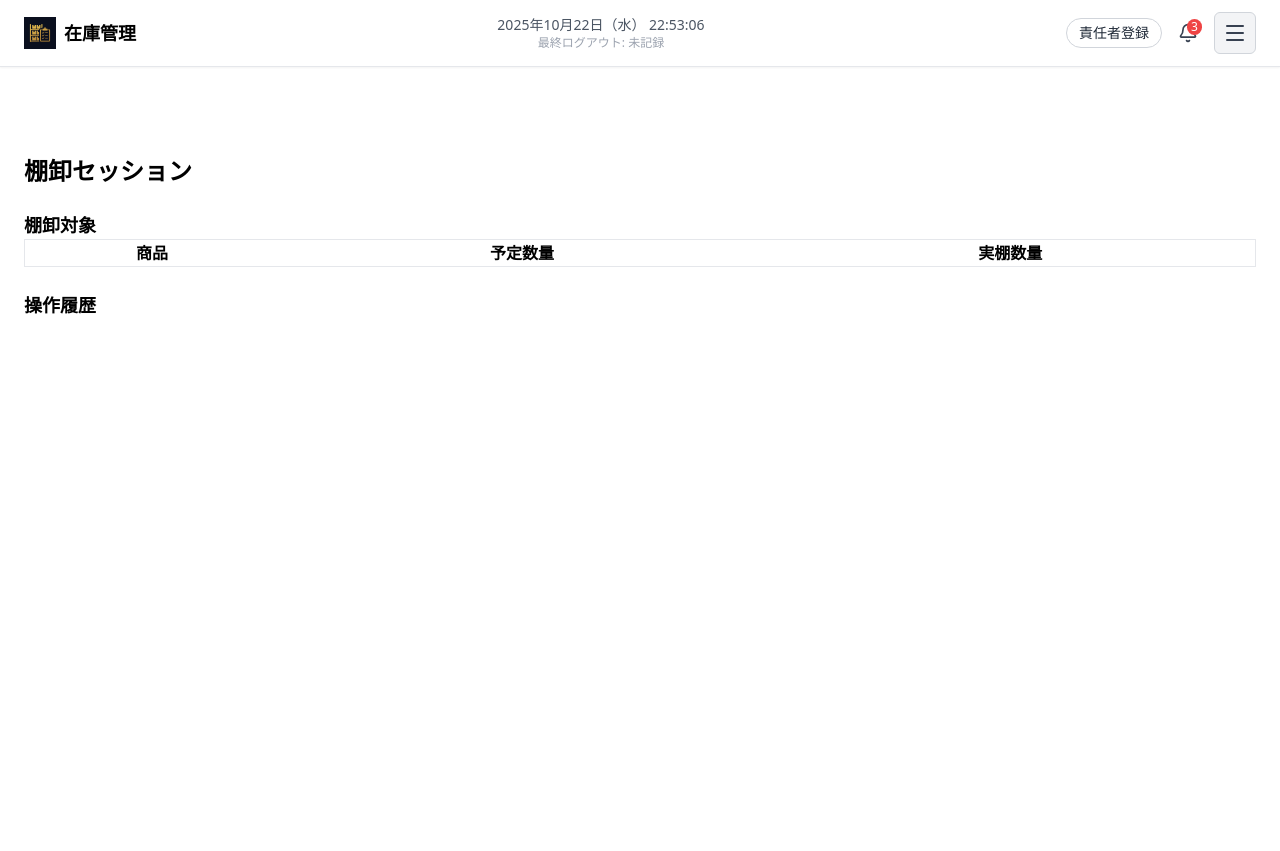
Repository: akauntozonghe-cpu/my-system
Page: /inventory/stocktaking
An editor plug-in stored every save of this project. The page is shown before and after the next save, followed by the edit.
The browser window is 1280 px wide. The pictures show the whole page.
The project was rebuilt for these pictures with package versions that can differ from the ones it lists, and the page was loaded fresh each time. The framework's server and built-in components were replaced by stand-ins that run in the browser. Also part of the build but not shown: next.config.js, next.config.ts.

Above is the page before, as saved 2025-10-25 00:50:18.

### app/layout.tsx
// app/layout.tsx
import "./globals.css";
import Header from "@components/Header";
import { HeaderProvider } from "@context/HeaderContext";
import type { Metadata } from "next";

export const metadata: Metadata = {
  title: "在庫管理システム",
  description: "責任者情報を含む共通レイアウト",
};

export default function RootLayout({ children }: { children: React.ReactNode }) {
  return (
    <html lang="ja">
      <body>
        <HeaderProvider>
          {/* 共通ヘッダー */}
          <Header />

          {/* メインコンテンツ */}
          <main className="pt-16">
            {children}
          </main>
        </HeaderProvider>
      </body>
    </html>
  );
}

### app/(protected)/layout.tsx
// app/(protected)/layout.tsx
"use client";

import { ReactNode } from "react";

export default function ProtectedLayout({ children }: { children: ReactNode }) {
  return (
    <>
      {children}
    </>
  );
}

### app/(protected)/inventory/stocktaking/layout.tsx
export default function Layout({ children }: { children: React.ReactNode }) {
  return (
    <div className="h-screen flex flex-col">
      {children}
    </div>
  );
}

### app/(protected)/inventory/stocktaking/page.tsx
"use client";

import { useEffect, useState } from "react";
import { useParams } from "next/navigation";
import { db } from "@lib/firebase";
import { doc, getDoc, collection, getDocs, query, orderBy } from "firebase/firestore";

type Session = {
  type: "full" | "partial";
  status: string;
  createdAt: string;
};

type Item = {
  id: string;
  name: string;
  expectedQty: number;
  countedQty: number | null;
};

type Journal = {
  id: string;
  action: string;
  userId: string;
  createdAt: string;
};

export default function StocktakingSessionPage() {
  const { sessionId } = useParams<{ sessionId: string }>();
  const [session, setSession] = useState<Session | null>(null);
  const [items, setItems] = useState<Item[]>([]);
  const [journal, setJournal] = useState<Journal[]>([]);

  useEffect(() => {
    if (!sessionId) return;

    const load = async () => {
      // セッション情報
      const sessionSnap = await getDoc(doc(db, "stocktakingSessions", sessionId));
      if (sessionSnap.exists()) {
        setSession(sessionSnap.data() as Session);
      }

      // アイテム一覧
      const itemsSnap = await getDocs(
        collection(db, "stocktakingSessions", sessionId, "items")
      );
      setItems(itemsSnap.docs.map(d => ({ id: d.id, ...d.data() } as Item)));

      // ジャーナル
      const journalSnap = await getDocs(
        query(
          collection(db, "stocktakingSessions", sessionId, "journal"),
          orderBy("createdAt", "asc")
        )
      );
      setJournal(journalSnap.docs.map(d => ({ id: d.id, ...d.data() } as Journal)));
    };

    load();
  }, [sessionId]);

  return (
    <div className="p-6 space-y-6">
      <h1 className="text-2xl font-bold">棚卸セッション {sessionId}</h1>

      {session && (
        <div className="p-4 border rounded">
          <p>種別: {session.type === "full" ? "一斉棚卸" : "部分棚卸"}</p>
          <p>状態: {session.status}</p>
          <p>開始日時: {new Date(session.createdAt).toLocaleString("ja-JP")}</p>
        </div>
      )}

      <div>
        <h2 className="text-lg font-semibold">棚卸対象</h2>
        <table className="w-full border">
          <thead>
            <tr>
              <th>商品</th>
              <th>予定数量</th>
              <th>実棚数量</th>
            </tr>
          </thead>
          <tbody>
            {items.map(item => (
              <tr key={item.id}>
                <td>{item.name}</td>
                <td>{item.expectedQty}</td>
                <td>{item.countedQty ?? "-"}</td>
              </tr>
            ))}
          </tbody>
        </table>
      </div>

      <div>
        <h2 className="text-lg font-semibold">操作履歴</h2>
        <ul className="list-disc pl-6">
          {journal.map(j => (
            <li key={j.id}>
              {j.createdAt} - {j.userId} が {j.action}
            </li>
          ))}
        </ul>
      </div>
    </div>
  );
}

### app/globals.css
@tailwind base;
@tailwind components;
@tailwind utilities;

/* =========================
   季節ごとの背景
   ========================= */
.season-spring { background: linear-gradient(180deg, #fdecef 0%, #f8f3e9 100%); }
.season-summer { background: linear-gradient(180deg, #eaf7ff 0%, #e6f2fb 100%); }
.season-autumn { background: linear-gradient(180deg, #fff3e6 0%, #f7ead8 100%); }
.season-winter { background: linear-gradient(180deg, #eef4fb 0%, #e9f0f8 100%); }

/* =========================
   カード（和紙×金縁）
   ========================= */
.ui-card {
  @apply relative bg-white/95 rounded-lg shadow-lg p-12 max-w-md w-[92%] border;
  border-color: #c5a64a;
  backdrop-filter: blur(6px);
}

/* =========================
   タイトル＋ver
   ========================= */
.title { @apply text-3xl font-serif font-bold tracking-widest text-gray-900 mb-4; }
.ver   { @apply ml-2 text-sm text-gray-500 align-top; }

/* =========================
   サブコピー
   ========================= */
.subtitle    { @apply text-lg text-gray-800 mb-1; }
.lead        { @apply text-base text-gray-700 mb-2; }
.season-copy { @apply text-sm text-gray-500 mb-8; }

/* =========================
   CTA ボタン（藍×金縁）
   ========================= */
.cta {
  @apply inline-block px-8 py-3 rounded-lg text-white font-medium text-lg shadow-md transition;
  background: linear-gradient(90deg, #1e3a8a, #3c4b9a);
  border: 1px solid #c5a64a;
}
.cta:hover {
  box-shadow: 0 10px 24px rgba(60, 75, 154, 0.35),
              0 0 0 2px rgba(197,166,74,0.35) inset;
  transform: translateY(-1px) scale(1.02);
}

/* =========================
   季節ごとの粒子アニメーション
   ========================= */

/* 春：桜の花びら */
.season-spring .particles {
  background-image:
    radial-gradient(rgba(255,182,193,0.7) 2px, transparent 2px),
    radial-gradient(rgba(197,166,74,0.4) 1px, transparent 1px);
  background-size: 120px 120px, 200px 200px;
  animation: float-spring 20s linear infinite;
}
@keyframes float-spring {
  from { background-position: 0 0, 50px 50px; }
  to   { background-position: 0 600px, 50px 650px; }
}

/* 夏：水しぶきや光の粒 */
.season-summer .particles {
  background-image:
    radial-gradient(rgba(2,136,209,0.6) 2px, transparent 2px),
    radial-gradient(rgba(255,255,255,0.4) 1px, transparent 1px);
  background-size: 100px 100px, 180px 180px;
  animation: float-summer 18s linear infinite;
}
@keyframes float-summer {
  from { background-position: 0 0, 80px 80px; }
  to   { background-position: 0 500px, 80px 580px; }
}

/* 秋：紅葉 */
.season-autumn .particles {
  background-image:
    radial-gradient(rgba(239,108,0,0.7) 2px, transparent 2px),
    radial-gradient(rgba(197,166,74,0.5) 1px, transparent 1px);
  background-size: 110px 110px, 190px 190px;
  animation: float-autumn 22s linear infinite;
}
@keyframes float-autumn {
  from { background-position: 0 0, 60px 60px; }
  to   { background-position: 0 650px, 60px 710px; }
}

/* 冬：雪の結晶 */
.season-winter .particles {
  background-image:
    radial-gradient(rgba(255,255,255,0.8) 2px, transparent 2px),
    radial-gradient(rgba(197,166,74,0.3) 1px, transparent 1px);
  background-size: 90px 90px, 160px 160px;
  animation: float-winter 25s linear infinite;
}
@keyframes float-winter {
  from { background-position: 0 0, 40px 40px; }
  to   { background-position: 0 700px, 40px 760px; }
}

### src/context/HeaderContext.tsx
"use client";
import { createContext, useContext, useState, useEffect, ReactNode } from "react";

type HeaderState = {
  userId?: string;
  role?: "admin" | "manager" | "user";  // ← 3種類に統一
  userName?: string;
  expiresAt?: number;
};

type HeaderContextType = HeaderState & {
  setHeaderInfo: (info: Partial<HeaderState>) => void;
  clearHeaderInfo: () => void;
};

const HeaderContext = createContext<HeaderContextType | null>(null);

export function HeaderProvider({ children }: { children: ReactNode }) {
  const [userId, setUserId] = useState("");
  const [role, setRole] = useState<"admin" | "manager" | "user" | undefined>(undefined);
  const [userName, setUserName] = useState("");
  const [expiresAt, setExpiresAt] = useState(0);

  // --- セッション時間（管理者が定める値、ここでは30分） ---
  const sessionDuration = 30 * 60 * 1000;

  const setHeaderInfo = (info: Partial<HeaderState>) => {
    if (info.userId !== undefined) {
      setUserId(info.userId);
      localStorage.setItem("uid", info.userId);
    }
    if (info.role !== undefined) {
      setRole(info.role);
      localStorage.setItem("role", info.role);
    }
    if (info.userName !== undefined) {
      setUserName(info.userName);
      localStorage.setItem("userName", info.userName);
    }
    if (info.expiresAt !== undefined) {
      setExpiresAt(info.expiresAt);
      localStorage.setItem("expiresAt", String(info.expiresAt));
    }
  };

  const clearHeaderInfo = () => {
    setUserId("");
    setRole("user");
    setUserName("");
    setExpiresAt(0);
    localStorage.clear();
  };

  // --- 初期化時に localStorage から復元 ---
  useEffect(() => {
    const storedUid = localStorage.getItem("uid");
    const storedRole = localStorage.getItem("role");
    const storedName = localStorage.getItem("userName");
    const storedExpires = localStorage.getItem("expiresAt");

    if (storedUid && storedRole && storedName && storedExpires) {
      if (Date.now() < Number(storedExpires)) {
        setUserId(storedUid);
        setRole(storedRole as "user" | "manager");
        setUserName(storedName);
        setExpiresAt(Number(storedExpires));
      } else {
        clearHeaderInfo(); // 有効期限切れならログアウト
      }
    }
  }, []);

  // --- 定期的に有効期限をチェック ---
  useEffect(() => {
    const timer = setInterval(() => {
      if (expiresAt && Date.now() > expiresAt) {
        clearHeaderInfo();
      }
    }, 60 * 1000); // 1分ごとにチェック
    return () => clearInterval(timer);
  }, [expiresAt]);

  // --- 無操作タイマー（クリックやキー入力で延長） ---
  useEffect(() => {
    const resetTimer = () => {
      if (userId) {
        const newExpires = Date.now() + sessionDuration;
        setHeaderInfo({ expiresAt: newExpires });
      }
    };
    window.addEventListener("click", resetTimer);
    window.addEventListener("keydown", resetTimer);
    return () => {
      window.removeEventListener("click", resetTimer);
      window.removeEventListener("keydown", resetTimer);
    };
  }, [userId, sessionDuration]);

  return (
    <HeaderContext.Provider
      value={{ userId, role, userName, expiresAt, setHeaderInfo, clearHeaderInfo }}
    >
      {children}
    </HeaderContext.Provider>
  );
}

export function useHeader() {
  const ctx = useContext(HeaderContext);
  if (!ctx) throw new Error("useHeader must be used within HeaderProvider");
  return ctx;
}

### src/lib/firebase.ts
import { initializeApp, getApps, getApp } from "firebase/app";
import { getFirestore } from "firebase/firestore";

const firebaseConfig = {
  apiKey: "AIzaSyAh4NelYVsR40H0s2dWWAiLYa6Tisjb24U",
  authDomain: "my-system-1cb39.firebaseapp.com",
  projectId: "my-system-1cb39",
  storageBucket: "my-system-1cb39.firebasestorage.app",
  messagingSenderId: "761518014871",
  appId: "1:761518014871:web:1d8fb270e92ceb487b44d2",
  measurementId: "G-PGDGT35PTM"
};

// すでに初期化済みならそれを使う
const app = !getApps().length ? initializeApp(firebaseConfig) : getApp();
const db = getFirestore(app);

export { app, db };

### src/lib/logging.ts
// lib/logging.ts
import { db } from "src/lib/firebase";
import { collection, addDoc, serverTimestamp } from "firebase/firestore";

export const logAction = async (
  uid: string | null,
  userName: string,
  role: string | null,
  action: string,
  details: any = {}
) => {
  try {
    await addDoc(collection(db, "auditLogs"), {
      uid: uid || "unknown",
      userName,
      role: role || "guest",
      action,
      details,
      timestamp: serverTimestamp(),
    });
  } catch (err) {
    console.error("監査ログ記録に失敗しました", err);
  }
};

Loaded but not shown: tailwind.config.js (46 lines, source omitted); components/Header.tsx (314 lines, source omitted)

After the next save:
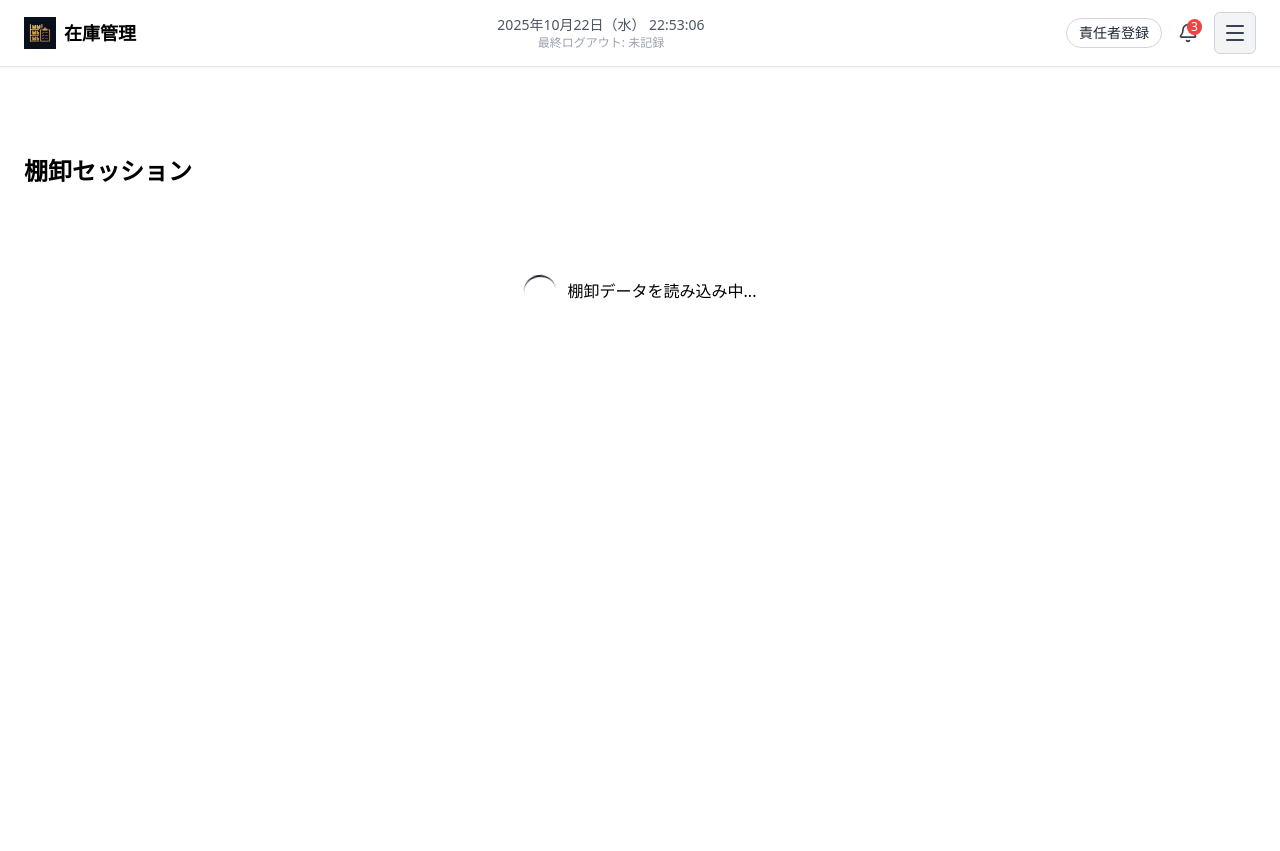
Saved 1 s later.
--- a/app/(protected)/inventory/stocktaking/page.tsx
+++ b/app/(protected)/inventory/stocktaking/page.tsx
@@ -3,10 +3,18 @@
 import { useEffect, useState } from "react";
 import { useParams } from "next/navigation";
 import { db } from "@lib/firebase";
-import { doc, getDoc, collection, getDocs, query, orderBy } from "firebase/firestore";
+import {
+  doc,
+  getDoc,
+  collection,
+  getDocs,
+  query,
+  orderBy,
+  addDoc,
+} from "firebase/firestore";
 
 type Session = {
-  type: "full" | "partial";
+  type: "full" | "partial" | "import";
   status: string;
   createdAt: string;
 };
@@ -30,31 +38,44 @@ export default function StocktakingSessionPage() {
   const [session, setSession] = useState<Session | null>(null);
   const [items, setItems] = useState<Item[]>([]);
   const [journal, setJournal] = useState<Journal[]>([]);
+  const [loading, setLoading] = useState(true);
 
   useEffect(() => {
     if (!sessionId) return;
 
     const load = async () => {
-      // セッション情報
-      const sessionSnap = await getDoc(doc(db, "stocktakingSessions", sessionId));
-      if (sessionSnap.exists()) {
-        setSession(sessionSnap.data() as Session);
+      setLoading(true);
+      try {
+        // セッション情報
+        const sessionSnap = await getDoc(doc(db, "stocktakingSessions", sessionId));
+        if (sessionSnap.exists()) {
+          setSession(sessionSnap.data() as Session);
+        }
+
+        // アイテム一覧
+        const itemsSnap = await getDocs(
+          collection(db, "stocktakingSessions", sessionId, "items")
+        );
+        setItems(itemsSnap.docs.map((d) => ({ id: d.id, ...d.data() } as Item)));
+
+        // ジャーナル
+        const journalSnap = await getDocs(
+          query(
+            collection(db, "stocktakingSessions", sessionId, "journal"),
+            orderBy("createdAt", "asc")
+          )
+        );
+        setJournal(journalSnap.docs.map((d) => ({ id: d.id, ...d.data() } as Journal)));
+
+        // 再開操作をジャーナルに記録
+        await addDoc(collection(db, "stocktakingSessions", sessionId, "journal"), {
+          action: "resume",
+          userId: "currentUser", // TODO: 実際のログインユーザーIDに置き換え
+          createdAt: new Date().toISOString(),
+        });
+      } finally {
+        setLoading(false);
       }
-
-      // アイテム一覧
-      const itemsSnap = await getDocs(
-        collection(db, "stocktakingSessions", sessionId, "items")
-      );
-      setItems(itemsSnap.docs.map(d => ({ id: d.id, ...d.data() } as Item)));
-
-      // ジャーナル
-      const journalSnap = await getDocs(
-        query(
-          collection(db, "stocktakingSessions", sessionId, "journal"),
-          orderBy("createdAt", "asc")
-        )
-      );
-      setJournal(journalSnap.docs.map(d => ({ id: d.id, ...d.data() } as Journal)));
     };
 
     load();
@@ -64,46 +85,55 @@ export default function StocktakingSessionPage() {
     <div className="p-6 space-y-6">
       <h1 className="text-2xl font-bold">棚卸セッション {sessionId}</h1>
 
-      {session && (
-        <div className="p-4 border rounded">
-          <p>種別: {session.type === "full" ? "一斉棚卸" : "部分棚卸"}</p>
-          <p>状態: {session.status}</p>
-          <p>開始日時: {new Date(session.createdAt).toLocaleString("ja-JP")}</p>
+      {loading ? (
+        <div className="flex justify-center items-center h-40">
+          <span className="animate-spin rounded-full h-8 w-8 border-b-2 border-gray-900"></span>
+          <span className="ml-3">棚卸データを読み込み中...</span>
         </div>
+      ) : (
+        <>
+          {session && (
+            <div className="p-4 border rounded">
+              <p>種別: {session.type === "full" ? "一斉棚卸" : session.type === "partial" ? "部分棚卸" : "読込棚卸"}</p>
+              <p>状態: {session.status}</p>
+              <p>開始日時: {new Date(session.createdAt).toLocaleString("ja-JP")}</p>
+            </div>
+          )}
+
+          <div>
+            <h2 className="text-lg font-semibold">棚卸対象</h2>
+            <table className="w-full border">
+              <thead>
+                <tr>
+                  <th>商品</th>
+                  <th>予定数量</th>
+                  <th>実棚数量</th>
+                </tr>
+              </thead>
+              <tbody>
+                {items.map((item) => (
+                  <tr key={item.id}>
+                    <td>{item.name}</td>
+                    <td>{item.expectedQty}</td>
+                    <td>{item.countedQty ?? "-"}</td>
+                  </tr>
+                ))}
+              </tbody>
+            </table>
+          </div>
+
+          <div>
+            <h2 className="text-lg font-semibold">操作履歴</h2>
+            <ul className="list-disc pl-6">
+              {journal.map((j) => (
+                <li key={j.id}>
+                  {new Date(j.createdAt).toLocaleString("ja-JP")} - {j.userId} が {j.action}
+                </li>
+              ))}
+            </ul>
+          </div>
+        </>
       )}
-
-      <div>
-        <h2 className="text-lg font-semibold">棚卸対象</h2>
-        <table className="w-full border">
-          <thead>
-            <tr>
-              <th>商品</th>
-              <th>予定数量</th>
-              <th>実棚数量</th>
-            </tr>
-          </thead>
-          <tbody>
-            {items.map(item => (
-              <tr key={item.id}>
-                <td>{item.name}</td>
-                <td>{item.expectedQty}</td>
-                <td>{item.countedQty ?? "-"}</td>
-              </tr>
-            ))}
-          </tbody>
-        </table>
-      </div>
-
-      <div>
-        <h2 className="text-lg font-semibold">操作履歴</h2>
-        <ul className="list-disc pl-6">
-          {journal.map(j => (
-            <li key={j.id}>
-              {j.createdAt} - {j.userId} が {j.action}
-            </li>
-          ))}
-        </ul>
-      </div>
     </div>
   );
 }
